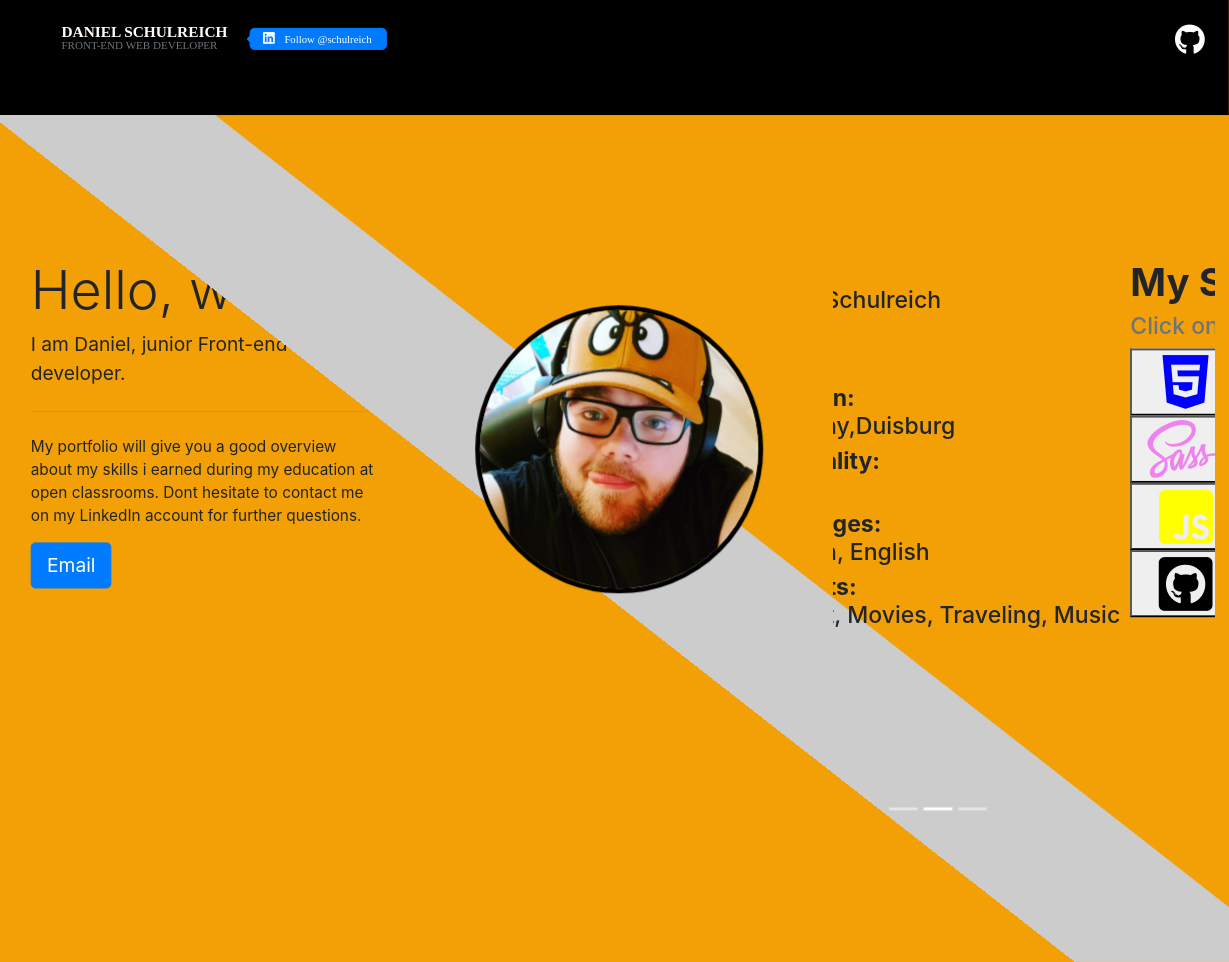
Repository: schulreich/my_portfolio
Page: portfolio.html
These files come from the project's save history. The page is drawn as it stood at one moment and after the next save; the edit follows.
The browser window is 1280 px wide. The pictures show the whole page, at 96% of full size.
Some web fonts or font styles are not loaded; a fallback is used. Some web libraries are served in a nearby version.

Above is the page before, as saved 2020-06-19 16:14:04.

After the next save:
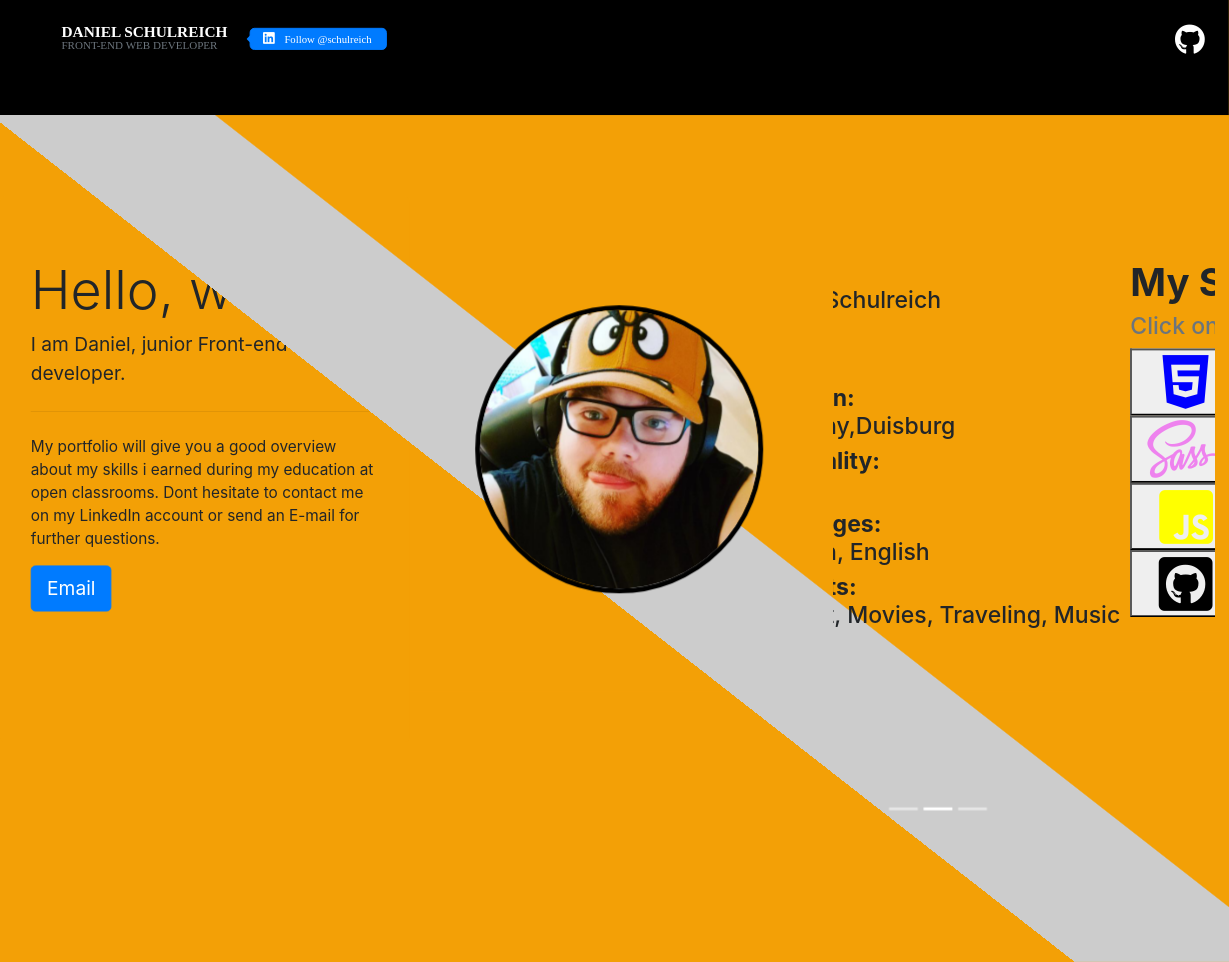
Saved 36 s later.
--- a/portfolio.html
+++ b/portfolio.html
@@ -123,7 +123,7 @@
                 <h1 class="display-4">Hello, world!</h1>
                      <p class="lead"><b>I am Daniel, junior Front-end developer.</b></p>
                 <hr class="my-4">
-                     <p>My portfolio will give you a good overview about my skills i earned during my education at open classrooms. Dont hesitate to contact me on my LinkedIn account for further questions.</p>
+                     <p>My portfolio will give you a good overview about my skills i earned during my education at open classrooms. Dont hesitate to contact me on my LinkedIn account or send an E-mail for further questions.</p>
                             <a class="btn btn-primary btn-lg" href="mailto:schulreich_daniel@peppinet.de" target="_blank" role="button">Email</a>
           </div>
 
